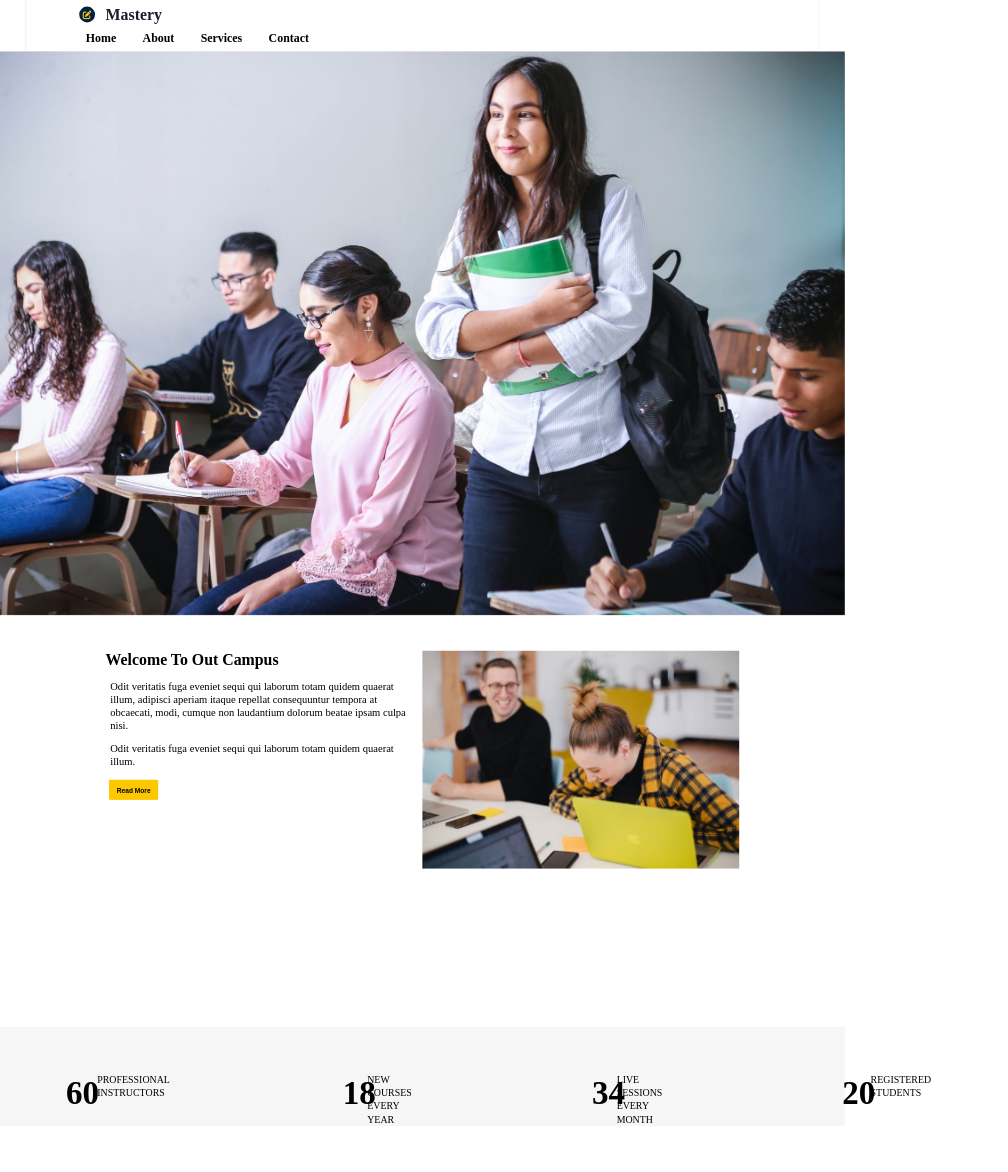
Repository: trminhphuc1504/Mastery
Page: index.html
These files come from the project's save history. The page is drawn as it stood at one moment and after the next save; the edit follows.
The browser window is 1280 px wide. The page is 1528 px wide, then 1508 px, so the pictures cover 1528 px, including what lies to the right of the window. The pictures show the whole page, at 66% of full size.
Some web libraries are served in a nearby version.

Above is the page before, as saved 2024-08-24 12:34:05.

### index.html
<!DOCTYPE html>
<html lang="en">
  <head>
    <meta charset="UTF-8" />
    <meta http-equiv="X-UA-Compatible" content="IE=edge" />
    <meta name="viewport" content="width=device-width, initial-scale=1.0" />

    <!-- Font Awesome -->
    <link
      rel="stylesheet"
      href="https://cdnjs.cloudflare.com/ajax/libs/font-awesome/6.6.0/css/all.min.css"
    />

    <link rel="stylesheet" href="./css/style.css" />
    <title>Mastery</title>
  </head>
  <body>
    <!-- Header -->
    <section id="header">
      <div class="container">
        <header>
          <div class="header-logo">
            <a href="#" class="logo">
              <i class="fa-solid fa-pen-to-square"> </i>
              <span class="header-title">Mastery</span>
            </a>
          </div>

          <nav class="header-nav">
            <ul>
              <li>
                <a href="#">Home</a>
              </li>
              <li>
                <a href="#">About</a>
              </li>
              <li>
                <a href="#">Services</a>
              </li>
              <li>
                <a href="#">Contact</a>
              </li>
            </ul>
          </nav>
        </header>
      </div>
    </section>

    <!-- poster -->
    <section id="poster">
      <div class="poster-img">
        <img src="./images/2.jpg" alt="poster" />
      </div>
    </section>

    <!-- banner -->

    <section id="banner">
      <div class="banner-content">
        <div class="banner-container">
          <div class="banner-item">
            <div id="left">
              <h2 class="banner-title">Welcome To Out Campus</h2>
              <p class="banner-desc">
                Odit veritatis fuga eveniet sequi qui laborum totam quidem
                quaerat illum, adipisci aperiam itaque repellat consequuntur
                tempora at obcaecati, modi, cumque non laudantium dolorum beatae
                ipsam culpa nisi.
              </p>
              <p>
                Odit veritatis fuga eveniet sequi qui laborum totam quidem
                quaerat illum.
              </p>
              <div class="banner-button">
                <button class="banner-btn"><b> Read More </b></button>
              </div>
            </div>
            <div id="right">
              <img src="./images/g1.jpg" alt="banner" />
            </div>
          </div>
        </div>
        <!-- <div class="banner-button">
          <button class="banner-btn"><b> Read More </b></button>
        </div> -->
        <!-- <div id="right">
          <img src="./images/g1.jpg" alt="banner" />
        </div> -->
      </div>
    </section>

    <!-- content -->
    <section id="content">
      <div class="content-container">
        <div class="content-content">
          <div class="content-item">
            <h3>60</h3>
            <p>Professional Instructors</p>
          </div>
          <div class="content-item">
            <h3>18</h3>
            <p>New Courses Every Year</p>
          </div>
          <div class="content-item">
            <h3>34</h3>
            <p>Live Sessions Every Month</p>
          </div>
          <div class="content-item">
            <h3>20</h3>
            <p>Registered Students</p>
          </div>
        </div>
      </div>
    </section>
  </body>
</html>

### css/style.css
* {
    margin: 0;
    padding: 0;
    box-sizing: border-box;
}

a{
    text-decoration: none;
}

.container{
    max-width: 1200px;
    margin: auto;
}



/* header .header-logo{
    background-color:pink;
    padding: 20px ;
} */

/* Header */

header{
    background-color:white;
    padding: 10px 0;
    box-shadow: 0 2px 4px rgba(0, 0, 0, 0.1);
}

.header-logo{
    display: flex;
    align-items:center;
    margin-left: 80px;
    margin-bottom: 10px;
}

.logo{
    font-size:24px;
    text-decoration: none;
    text-align: center;

}

.logo i{
    width: 24px;
    height: 24px;
    margin-right: 10px;
    line-height: 24px;
    border-radius:50%;
    background-color:#002146;
    font-size: 13px;
    vertical-align: top;
    color:#FDC800;
    display: inline-block;
}


.header-nav ul{
    list-style: none;
    display: flex;
    gap: 40px;
    display: flex;
    align-items: center;
    margin-left:90px;
}


.logo .header-title{
    color:#1B1D2D;
    font-weight: 700;
}


.header-nav ul li a{
    font-size:18px;
    color:#000;
    font-weight: 600;
}

/* Poster */
.poster-img img{
    width:100%;
}

/* Banner */
.banner-content .banner-container{
    margin:auto;
    width:75%;
    padding-top: 50px;
    padding-bottom: 120px;
}

 .banner-content .banner-container .banner-item #left{
    float:left;
    width: 50%;
}

 /* .banner-content .banner-container{
    padding-top: 50px;
} */

.banner-content .banner-container .banner-item #right{
    float:right;
    width: 50%;
}

 .banner-content .banner-container .banner-item #right img{
    width: 100%;
}

.banner-content .banner-container .banner-item #left .banner-title{
    padding-bottom: 10px;
}

/* .banner-content .banner-container .banner-item #left .banner-title .banner-desc p{
    margin-bottom: 30px;
    margin-top: 20px;
} */

#left p{
    padding: 7px;
    line-height: 20px;
    /* margin-top: px; */
}



.banner-button .banner-btn{
    background-color:#FDC800;
    padding: 5px 10px;
    font-weight: 400;
    font-size: 15px;
    outline: none;
    border:2px solid transparent;
    margin: 10px 5px;
    border-radius:5%;
}

.banner-button .banner-btn b{
    font-size: 10px;
}


/* Content */
#content {
    margin-top: 450px;
    background-color: #F6F6F6;
    height: 150px;
}

.content-container .content-content{
    display: flex;
    --number-item:4
    --gap:50px
    gap: var(--gap);
    gap:50px;
}

.content-content .content-item{
    display: flex;
    gap:5px;
    padding: 70px 100px;
    width: calc((100% - calc(var(--number-item) - 1) * var(--gap)) / var(--number-item));
}



.content-content .content-item h3{
    font-size: 50px;
    padding-right: 5px;
    width: 25%;
}

.content-content .content-item p{
    text-transform: uppercase;
    font-size: 15px;
    /* padding-top: 10px; */
    width: 50%;
    font-weight: 500;
    line-height: 20px;
}

After the next save:
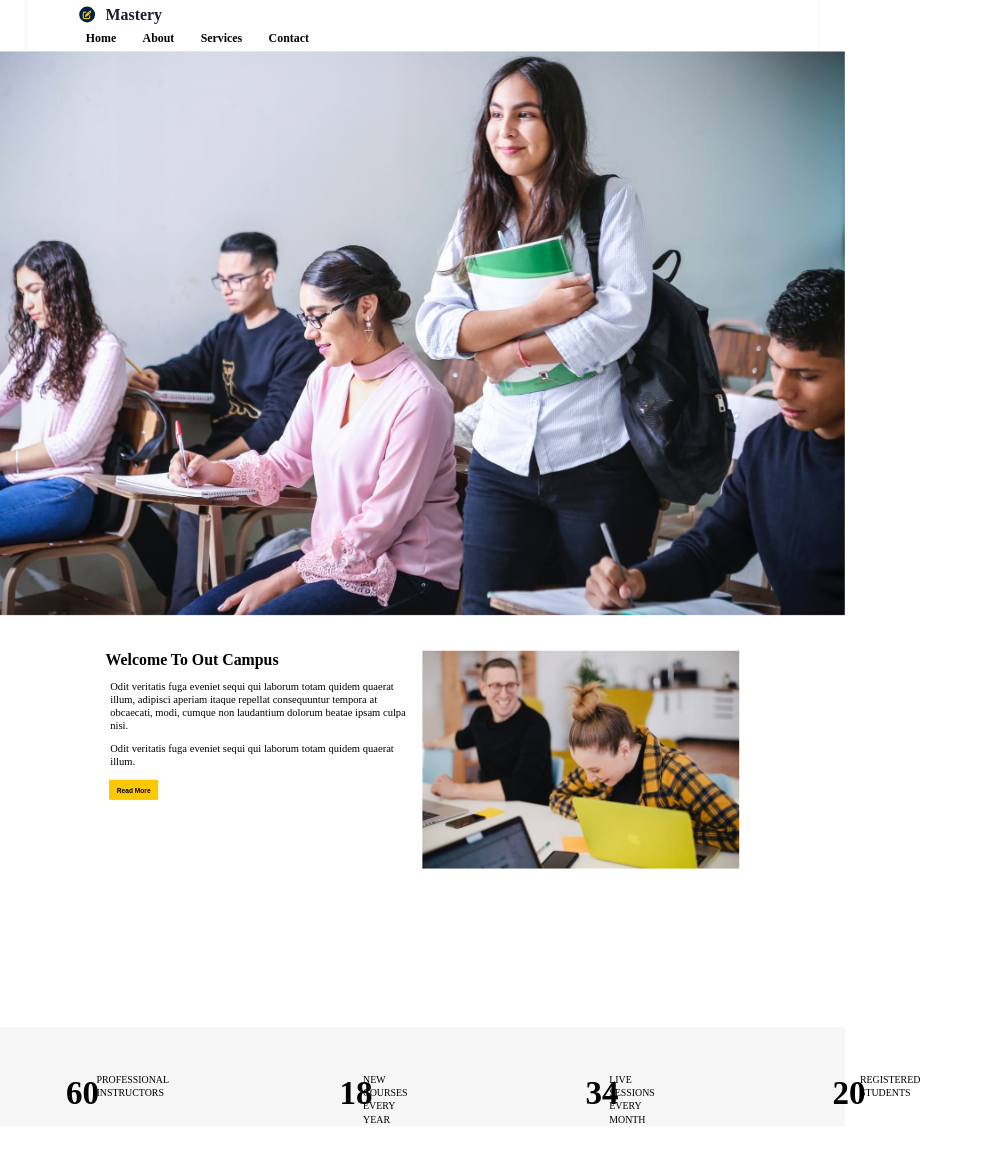
Saved 7 s later.
--- a/css/style.css
+++ b/css/style.css
@@ -168,7 +168,7 @@ header{
 
 .content-content .content-item h3{
     font-size: 50px;
-    padding-right: 5px;
+    /* padding-right: 5px; */
     width: 25%;
 }
 
